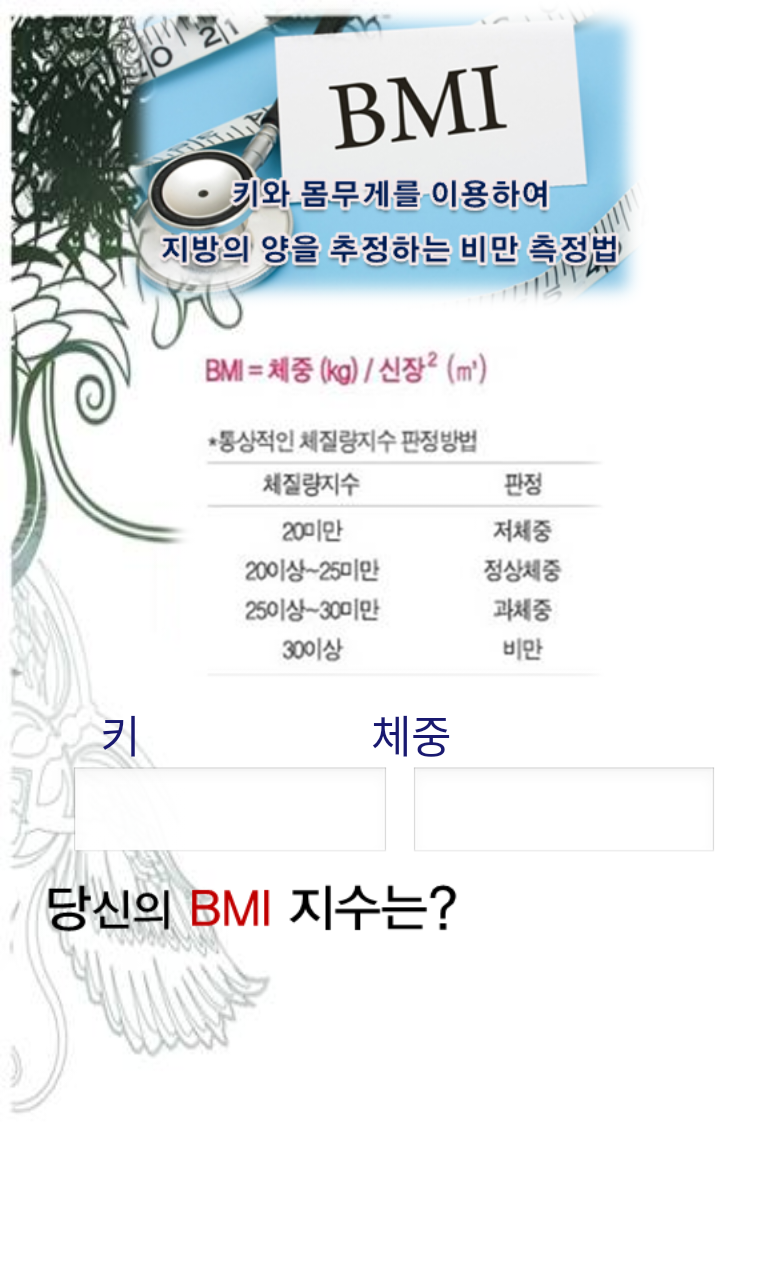
Repository: LewisLim579/2013TeamProject
Layout: PtsApp/res/layout/bmi.xml
An editor plug-in stored every save of this project. The layout is shown before and after the next save, followed by the edit.
It is drawn on a 768 x 1280 px phone screen (xhdpi) without system bars, with theme android:Theme.NoTitleBar.Fullscreen; the app's code is not run. The app's manifest (not shown) leaves right-to-left support off. So textAlignment, textDirection and layoutDirection are ignored, and left and right values win over start and end ones.

Above is the layout before, as saved 2013-05-23 03:51:50.

After the next save:
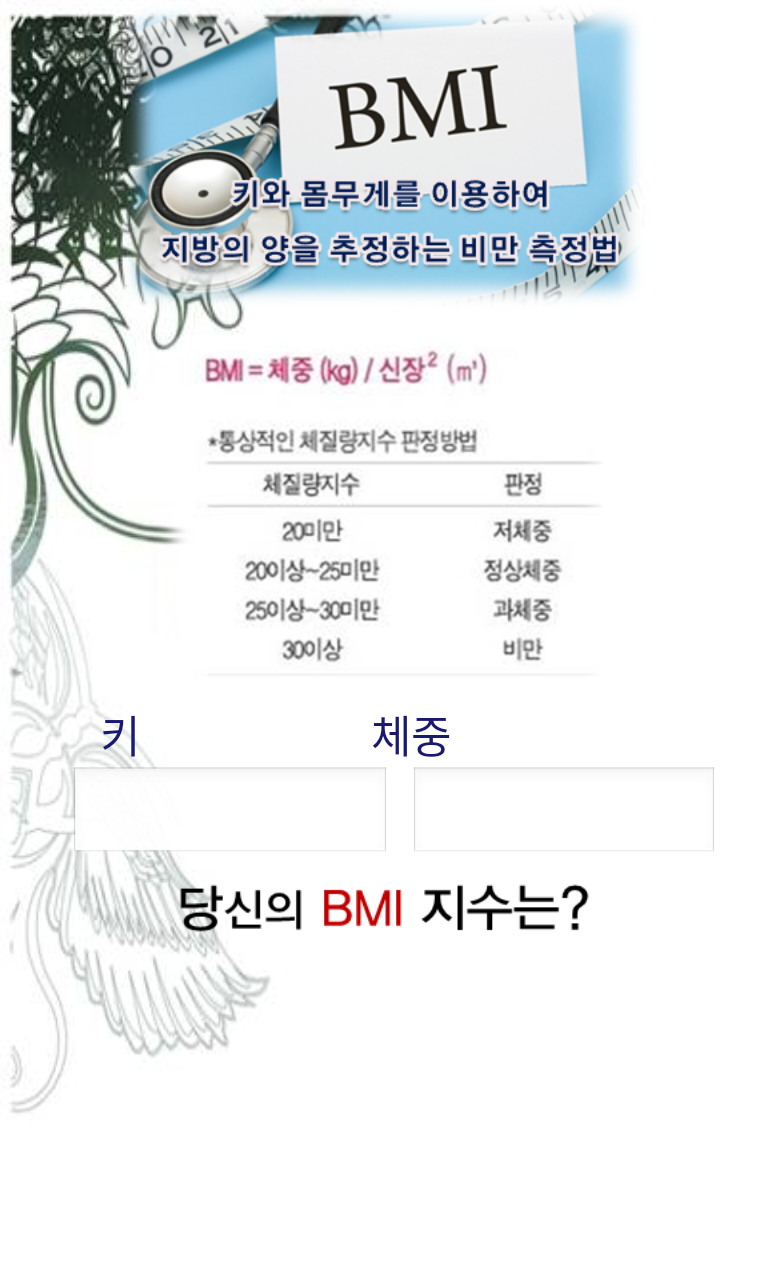
Saved 6 s later.
--- a/PtsApp/res/layout/bmi.xml
+++ b/PtsApp/res/layout/bmi.xml
@@ -88,7 +88,7 @@
             android:layout_height="wrap_content"
             android:background="#00000000"
             android:src="@drawable/rbtn"
-            android:layout_gravity="center_vertical" />
+            android:layout_gravity="center" />
 
     </LinearLayout>
 
